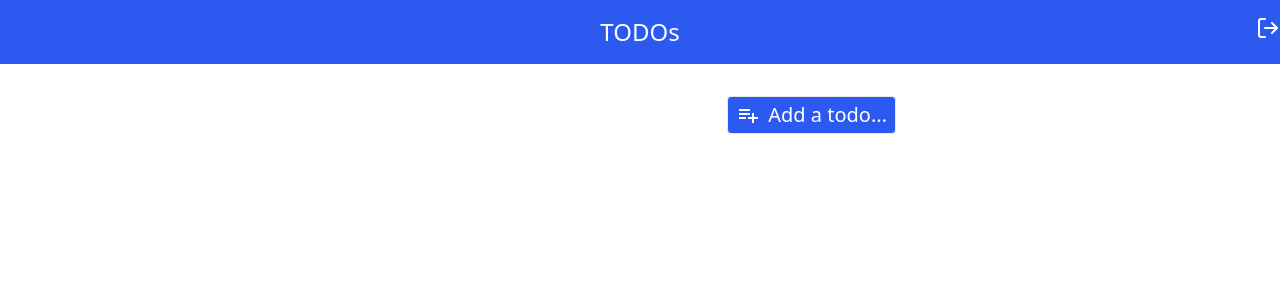
Repository: Jay-JYKim91/wanted-pre-onboarding-challenge-fe-1
Page: /
The author's editor kept a copy of each file at every save. The page is drawn from the files as they stood at one save, then again after the next save.
The browser window is 1280 px wide. The pictures show the whole page.
The page's requests for data from a server got no answer. The project was rebuilt for these pictures with package versions that can differ from the ones it lists, and the page was loaded fresh each time. No one was signed in, and anything a server would have sent is missing. Also part of the build but not shown: src/services/authAPI.ts, src/page/Auth.tsx.

Above is the page before, as saved 2022-08-02 21:51:45.

After the next save:
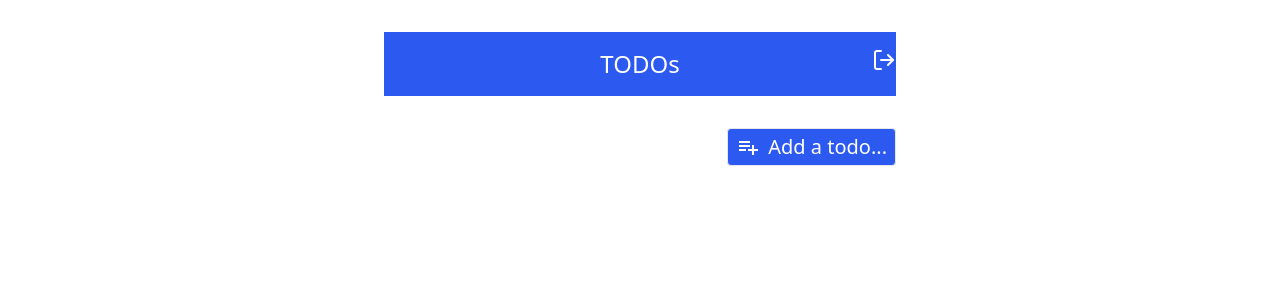
Saved 38 s later.
--- a/src/App.tsx
+++ b/src/App.tsx
@@ -23,7 +23,7 @@ function App() {
 
   return (
     <div className="App">
-      <header className="bg-primary-900 text-white text-center py-4 text-2xl relative">
+      <header className="max-w-xs md:max-w-lg mx-auto my-8 bg-primary-900 text-white text-center py-4 text-2xl relative">
         <span>TODOs</span>
         <button className="absolute right-0">
           <FiLogOut />
